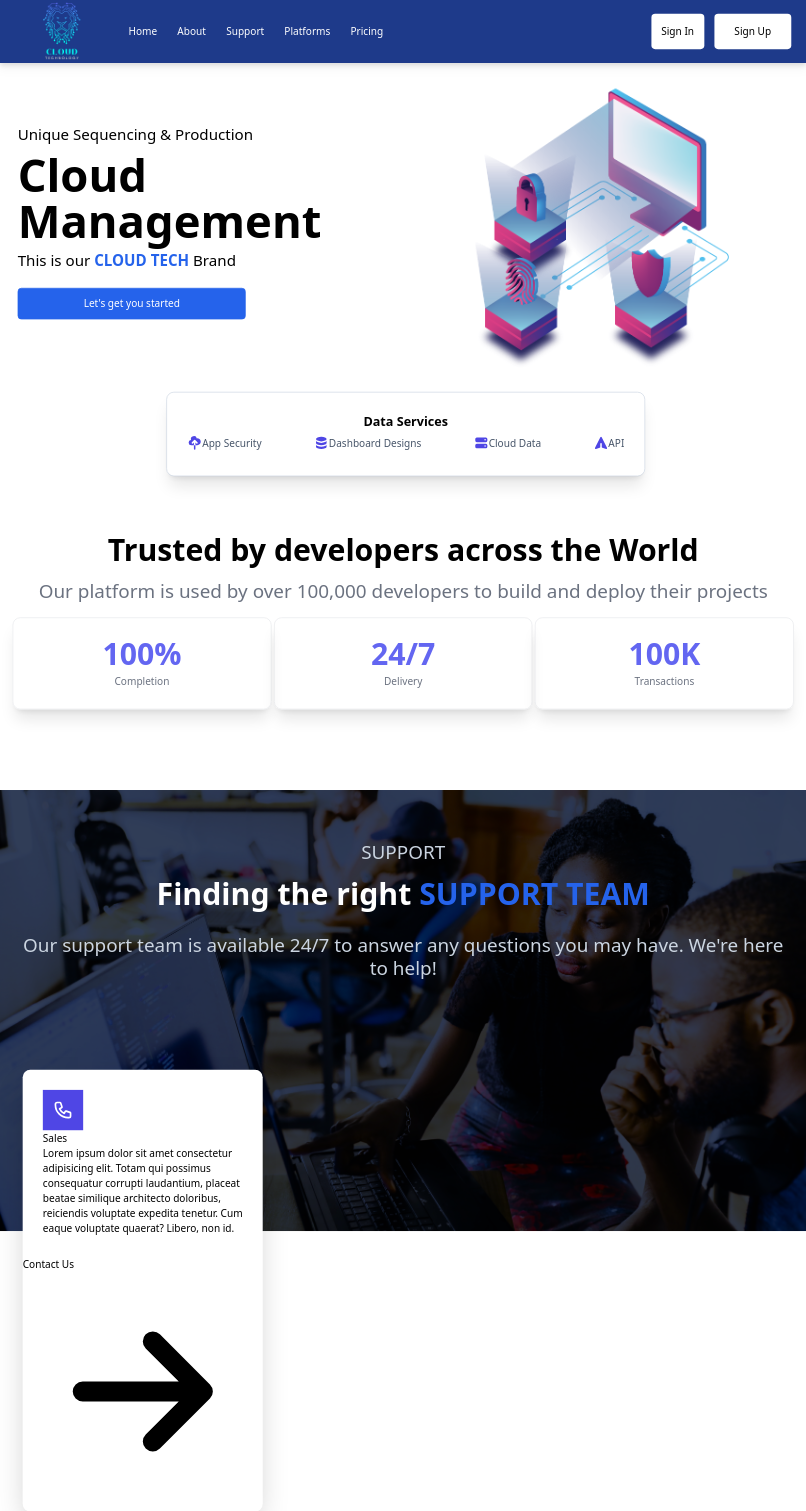
Repository: Esther-Kamau/cloud-management
Page: /
These files come from the project's save history. The page is drawn as it stood at one moment and after a run of saves; the edit follows.
The browser window is 1280 px wide. The pictures show the whole page, at 63% of full size.
The project was rebuilt for these pictures with package versions that can differ from the ones it lists, and the page was loaded fresh each time. A package was used in the major version that the imports need, not the one package.json lists.

Above is the page before, as saved 2023-03-16 20:03:58.

### public/index.html
<!DOCTYPE html>
<html lang="en">
  <head>
    <meta charset="utf-8" />
    <link rel="icon" href="%PUBLIC_URL%/Logo.png" />
    <meta name="viewport" content="width=device-width, initial-scale=1" />
    <meta name="theme-color" content="#000000" />
    <meta
      name="description"
      content="Web site created using create-react-app"
    />
    <link rel="apple-touch-icon" href="%PUBLIC_URL%/Logo.png" />
    <!--
      manifest.json provides metadata used when your web app is installed on a
      user's mobile device or desktop. See https://developers.google.com/web/fundamentals/web-app-manifest/
    -->
    <link rel="manifest" href="%PUBLIC_URL%/manifest.json" />
    <!--
      Notice the use of %PUBLIC_URL% in the tags above.
      It will be replaced with the URL of the `public` folder during the build.
      Only files inside the `public` folder can be referenced from the HTML.

      Unlike "/favicon.ico" or "favicon.ico", "%PUBLIC_URL%/favicon.ico" will
      work correctly both with client-side routing and a non-root public URL.
      Learn how to configure a non-root public URL by running `npm run build`.
    -->
    <title>Cloud Technology</title>
  </head>
  <body>
    <noscript>You need to enable JavaScript to run this app.</noscript>
    <div id="root"></div>
    <!--
      This HTML file is a template.
      If you open it directly in the browser, you will see an empty page.

      You can add webfonts, meta tags, or analytics to this file.
      The build step will place the bundled scripts into the <body> tag.

      To begin the development, run `npm start` or `yarn start`.
      To create a production bundle, use `npm run build` or `yarn build`.
    -->
  </body>
</html>

### src/index.css
@tailwind base;
@tailwind components;
@tailwind utilities;

@layer base{
    li{
      @apply p-4 text-white hover:text-slate-300
    }
    button {
        @apply p-4 text-white border bg-blue-600 border-blue-600
        hover:bg-transparent hover:text-black rounded-md
      }
}

### src/App.jsx
import Navbar from "./components/Navbar"
import Hero from "./components/Hero"
import About from "./components/About"
import Support from "./components/Support"

function App() {
  return (

    <>
  <Navbar/>
  <Hero/>
  <About/>
  <Support/>
    </>
  );
}

export default App;

### src/components/Navbar.jsx
import React, { useState } from "react";
import { MenuIcon, XIcon } from "@heroicons/react/outline";
import Logo from "../assets/Logo.png";

const Navbar = () => {
  const [nav, setNav] = useState(false);
  const handleClick = () => setNav(!nav);

  return (
    <div className="w-screen h-[100px] z-10 bg-blue-900 fixed drop-shadow-lg">
      <div className="px-2 flex justify-between items-center w-full h-full">
        <div className="flex items-center">
          <img className="h-[180px] w-[180px]" src={Logo} alt="Logoimg" />
          <ul className="hidden md:flex">
            <li>Home</li>
            <li>About</li>
            <li>Support</li>
            <li>Platforms</li>
            <li>Pricing</li>
          </ul>
        </div>
        <div className="hidden md:flex pr-4">
          <button className="border-none bg-white text-black mr-4 hover:text-white hover:bg-blue-300">
            Sign In
          </button>
          <button className="border-none bg-white text-black px-8 py-3 hover:text-white hover:bg-blue-300">
            Sign Up
          </button>
        </div>
        {/* toggle state */}
        <div className="md:hidden" onClick={handleClick}>
          {/* if the opposite of nav is true display this else xicon */}
          {!nav ? (
            <MenuIcon className="w-8 stroke-white" />
          ) : (
            <XIcon className="w-8 stroke-white" />
          )}
        </div>
      </div>
      {/* if nav is not true hide the menu if tru display the menu */}
      <ul className={!nav ? "hidden" : "absolute bg-blue-900 w-full px-8"}>
        <li className="border-b-2 border-blue-200 w-full">Home</li>
        <li className="border-b-2 border-blue-200 w-full">About</li>
        <li className="border-b-2 border-blue-200 w-full">Support</li>
        <li className="border-b-2 border-blue-200 w-full">Platforms</li>
        <li className="border-b-2 border-blue-200 w-full">Pricing</li>
        <div className="flex flex-col my-4">
          <button className=" bg-transparent text-white mb-4 hover:bg-white hover:text-black">Sign In</button>

          <button className="px-8 py-3">Sign Up</button>
        </div>
      </ul>
    </div>
  );
};

export default Navbar;

### src/components/Hero.jsx
import React from "react";
import {
  CloudUploadIcon,
  DatabaseIcon,
  PaperAirplaneIcon,
  ServerIcon,
} from "@heroicons/react/solid";

import bgImg from "../assets/cyber-bg.png";

const Hero = () => {
  return (
    <div className="w-full h-screen flex flex-col justify-between">
      <div className="grid md:grid-cols-2 max-w-[1240px] m-auto">
        <div className="flex flex-col justify-center md:items-start w-full px-2 py-3">
          <p className="text-2xl">Unique Sequencing & Production</p>
          <h1 className="py-3 text-5xl font-bold md:text-7xl">
            Cloud Management
          </h1>
          <p className="text-2xl mb-3">
            This is our{" "}
            <span className="text-blue-600 font-bold">CLOUD TECH</span> Brand
          </p>
          <button className="py-3 px-6 sm:w-[60%] my-4">
            Let's get you started
          </button>
        </div>
        <div>
          <img src={bgImg} alt="bg" className="w-full" />
        </div>
        {/* check on this later: absolute position */}
        <div
         className='absolute flex flex-col py-8 md:min-w-[760px] bottom-[-5%]
         mx-1 md:left-1/2 transform md:-translate-x-1/2 bg-white
         border border-slate-300 rounded-xl text-center shadow-xl'
        >
          <p className="text-xl font-semibold text-center">Data Services</p>
          <div className="flex flex-wrap justify-between px-4">
            <p className="flex px-4 py-2 text-slate-600"><CloudUploadIcon  className="h-6 text-indigo-600" /> App Security</p>
            <p className="flex px-4 py-2 text-slate-600"><DatabaseIcon className="h-6 text-indigo-600" /> Dashboard Designs</p>
            <p className="flex px-4 py-2 text-slate-600"><ServerIcon className="h-6 text-indigo-600"/> Cloud Data</p>
            <p className="flex px-4 py-2 text-slate-600"><PaperAirplaneIcon className="h-6 text-indigo-600"/> API</p>
          </div>
        </div>
      </div>
    </div>
  );
};

export default Hero;

### src/components/About.jsx
import React from "react";

const About = () => {
  return (
    <div className="w-full my-32">
      <div className="max-w-[1240px] mx-auto">
        <div className="text-center">
          <h2 className="text-5xl font-bold">
            Trusted by developers across the World
          </h2>
          <p className="text-3xl py-6 text-gray-500 font-medium">
            Our platform is used by over 100,000 developers to build and deploy
            their projects
          </p>
        </div>
<div className="grid md:grid-cols-3 gap-1 text-center">

        <div  className="border py-8 rounded-xl shadow-xl ">
          <p className="text-5xl text-indigo-500 font-bold">100%</p>
          <p className="text-gray-500 mt-2">Completion</p>
        </div>
        <div className="border py-8 rounded-xl shadow-xl ">
          <p className="text-5xl text-indigo-500 font-bold">24/7</p>
          <p className="text-gray-500 mt-2">Delivery</p>
        </div>
        <div className="border py-8 rounded-xl shadow-xl ">
          <p className="text-5xl text-indigo-500 font-bold">100K</p>
          <p className="text-gray-500 mt-2">Transactions</p>
        </div>
</div>
      </div>
    </div>
  );
};

export default About;

### src/components/Support.jsx
import React from "react";
import { PhoneIcon, ArrowSmRightIcon } from "@heroicons/react/outline";
import { ChipIcon, SupportIcon } from "@heroicons/react/solid";

import supportImg from "../assets/support.jpg";

const Support = () => {
  return (
    <div className="w-full h-screen mt-24">
      <div className="w-full h-[700px] bg-gray-900/90 absolute">
        <img
          src={supportImg}
          alt="/"
          className="w-full h-full object-cover mix-blend-overlay"
        />
      </div>
      <div className="max-w-[1240px] mx-auto text-white relative">
        <div className="px-4 py-12">
          <h2 className="pt-8 text-3xl uppercase text-center text-slate-300">Support</h2>
          <p className=" text-center text-5xl font-bold py-6 ">
            Finding the right
             <span className="text-blue-600"> SUPPORT TEAM</span>
          </p>
          <p className="text-3xl text-slate-300 py-4 text-center">
            Our support team is available 24/7 to answer any questions you may
            have. We're here to help!
          </p>
        </div>
        <div className="grid grid-cols-1 lg:grid-cols-3 relative gap-y-16 gap-x-8 px-4 pt-12 sm:pt-20 text-black">
          <div className="bg-white rounded-xl shadow-2xl">
            <div className="p-8">
              <PhoneIcon className="p-4 w-16 text-white bg-indigo-600 " />
              <h3>Sales</h3>
              <p>
                Lorem ipsum dolor sit amet consectetur adipisicing elit. Totam
                qui possimus consequatur corrupti laudantium, placeat beatae
                similique architecto doloribus, reiciendis voluptate expedita
                tenetur. Cum eaque voluptate quaerat? Libero, non id.
              </p>
            </div>
            <div>
              <p>
                Contact Us <ArrowSmRightIcon />
              </p>
            </div>
          </div>
        </div>
      </div>
    </div>
  );
};

export default Support;

### tailwind.config.js
/** @type {import('tailwindcss').Config} */
module.exports = {
  content: ['./src/**/*.{js,jsx,ts,tsx}'],
  theme: {
    screens: {
      sm: '640px',
      // => @media (min-width: 640px) { ... }

      md: '768px',
      // => @media (min-width: 768px) { ... }

      lg: '1024px',
      // => @media (min-width: 1024px) { ... }

      xl: '1280px',
      // => @media (min-width: 1280px) { ... }

      '2xl': '1536px',
      // => @media (min-width: 1536px) { ... }
    },
  },
  plugins: [],
};

Loaded but not shown: src/index.js (common file)

After the next 2 saves:
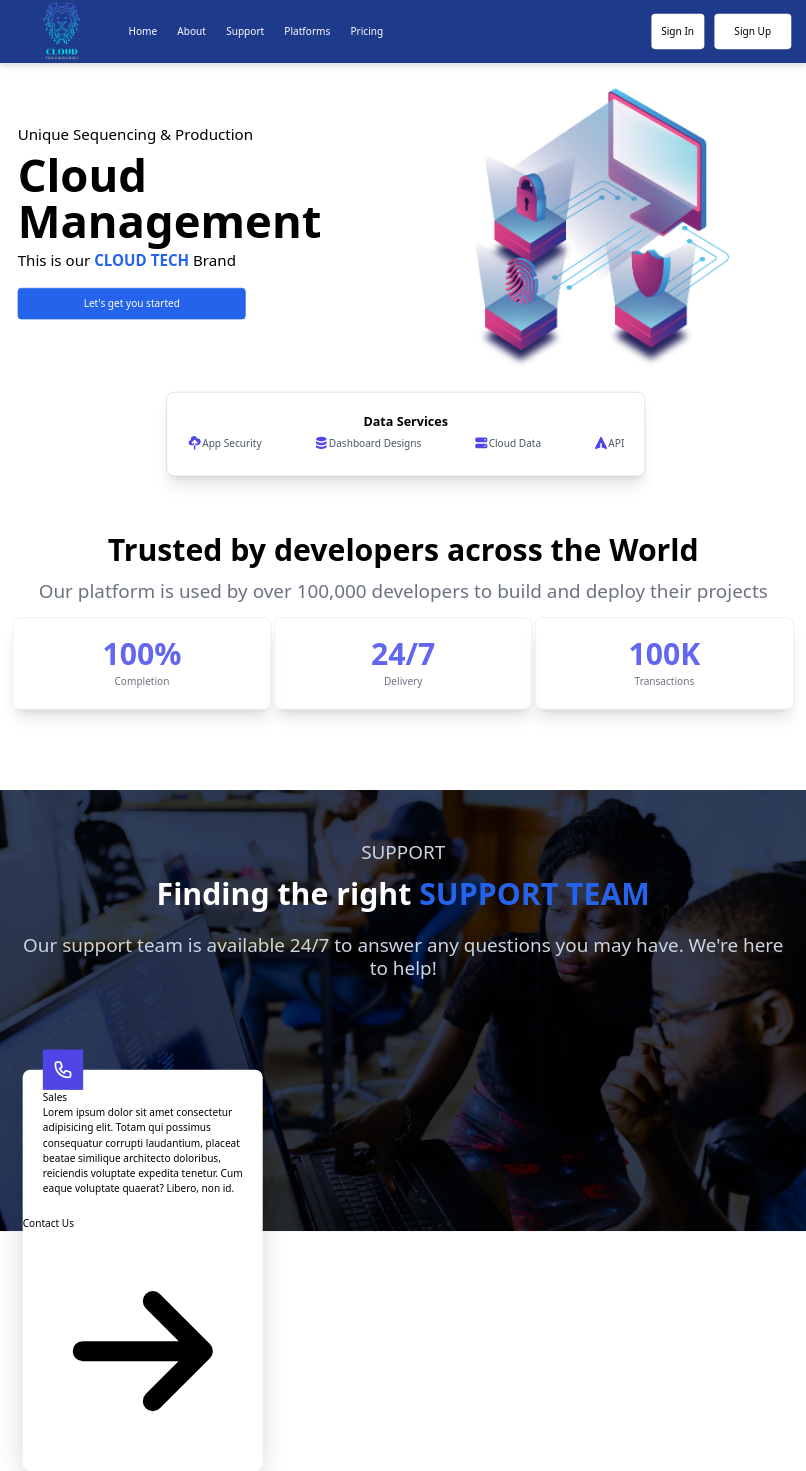
The 2 saves are shown as one change because they came seconds apart.
The last was saved 12 s later.
--- a/src/components/Support.jsx
+++ b/src/components/Support.jsx
@@ -29,7 +29,7 @@ const Support = () => {
         <div className="grid grid-cols-1 lg:grid-cols-3 relative gap-y-16 gap-x-8 px-4 pt-12 sm:pt-20 text-black">
           <div className="bg-white rounded-xl shadow-2xl">
             <div className="p-8">
-              <PhoneIcon className="p-4 w-16 text-white bg-indigo-600 " />
+              <PhoneIcon className="p-4 w-16 text-white bg-indigo-600 mt-[-4rem] " />
               <h3>Sales</h3>
               <p>
                 Lorem ipsum dolor sit amet consectetur adipisicing elit. Totam
